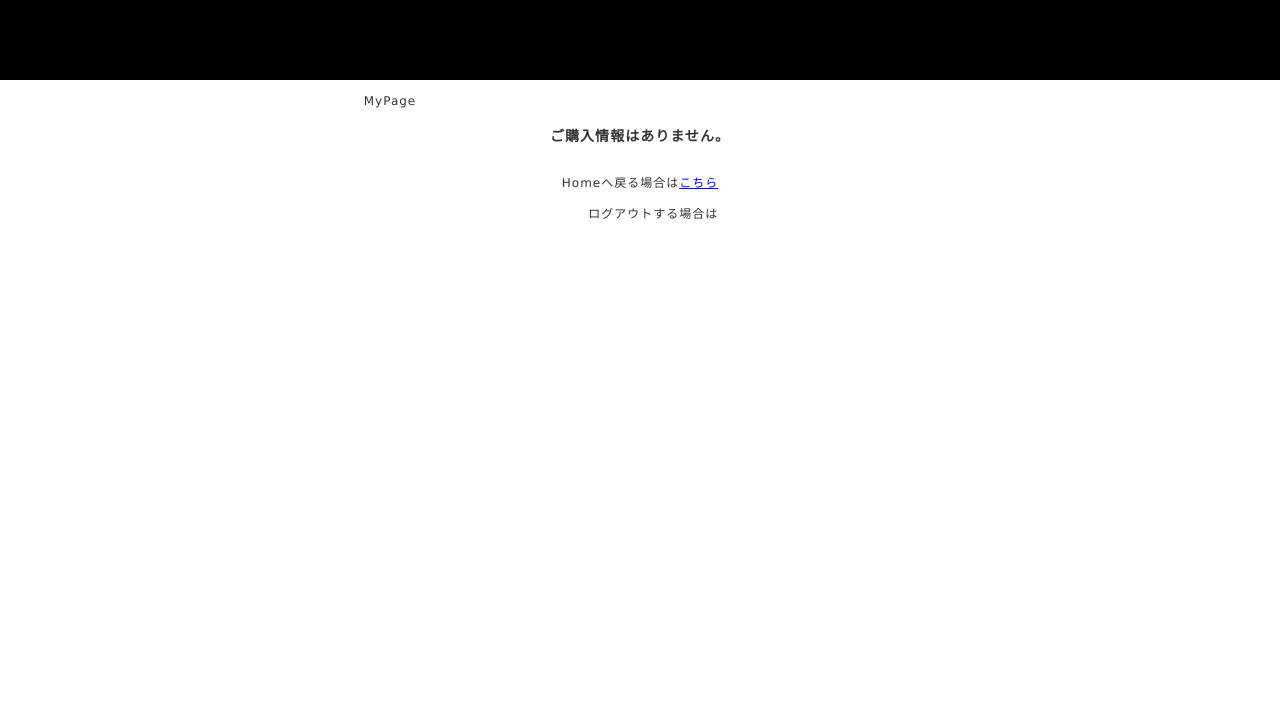
Repository: hiranatsu/ECtest
Page: http://localhost/ecsite/myPage.jsp
These files come from the project's save history. The page is drawn as it stood at one moment and after the next save; the edit follows.
The browser window is 1280 px wide. The pictures show the whole page.
The page is served by Tomcat 9.

Above is the page before, as saved 2018-09-10 07:37:35.

After the next save:
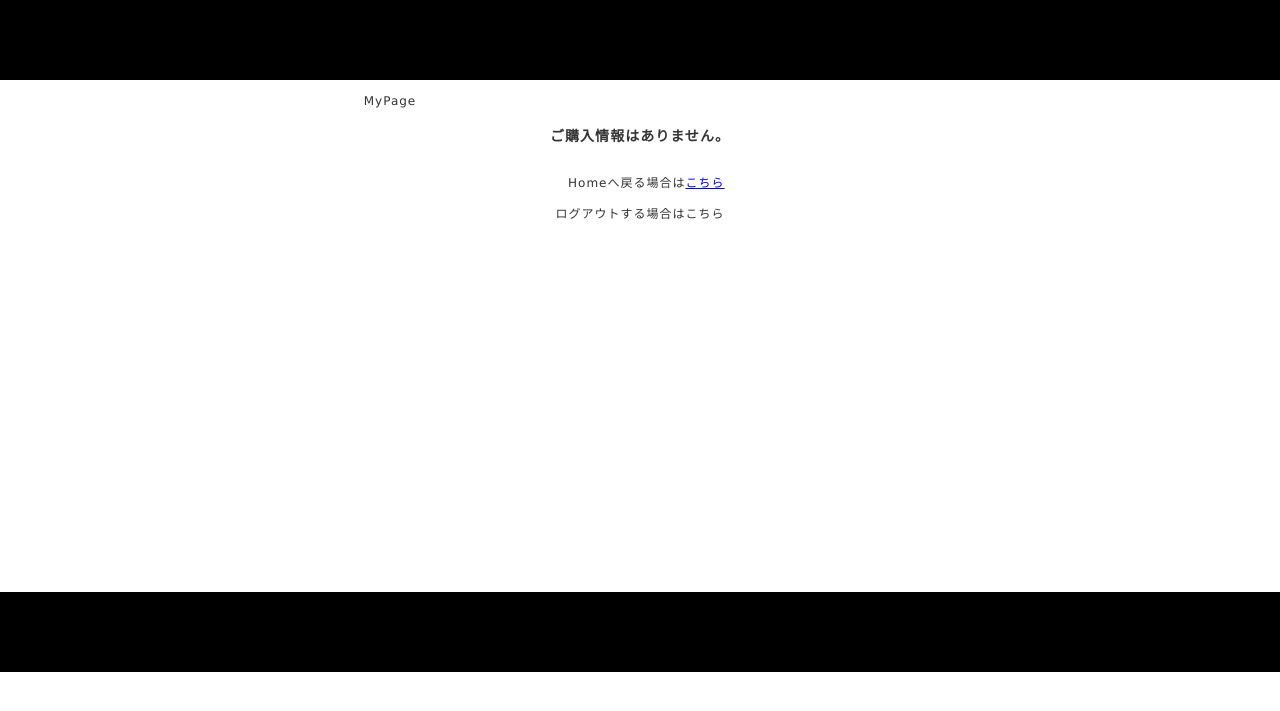
Saved 58 s later.
--- a/ecsite/WebContent/myPage.jsp
+++ b/ecsite/WebContent/myPage.jsp
@@ -106,8 +106,12 @@
 		</s:if>
 		<div id="text-right">
 			<p>Homeへ戻る場合は<a href='<s:url action="GoHomeAction"/>'>こちら</a></p>
-			<p>ログアウトする場合は<a href='<s;url action="LogoutAction"/>'></a></p>
+			<p>ログアウトする場合は<a href='<s;url action="LogoutAction"/>'></a>こちら</p>
 		</div>
+		</div>
+	</div>
+	<div id="footer">
+		<div id="pr">
 		</div>
 	</div>
 </body>
